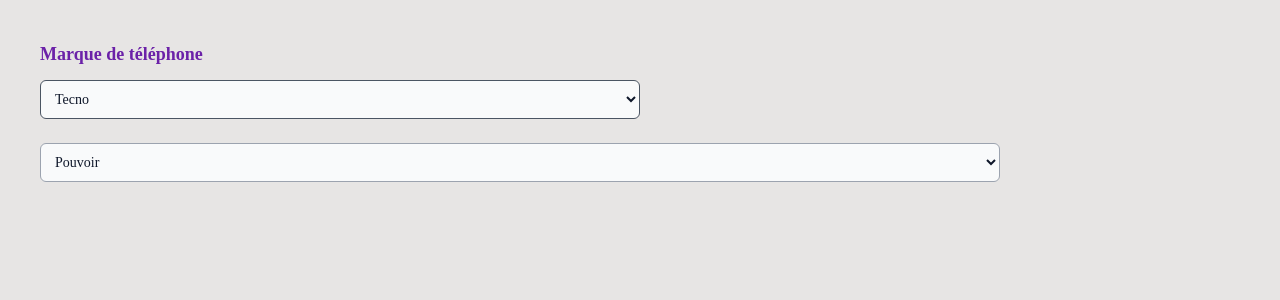
Repository: darlino/gotyu_shopify_section
Page: product_select220223/index.html
An editor plug-in stored every save of this project. The page is shown before and after the next save, followed by the edit.
The browser window is 1280 px wide. The pictures show the whole page.
Some web fonts or font styles are not loaded; a fallback is used. Some web libraries are served in a nearby version.

Above is the page before, as saved 2023-02-22 21:07:51.

### product_select220223/index.html
<!DOCTYPE html>
<html lang="en">
  <head>
    <meta charset="UTF-8" />
    <meta http-equiv="X-UA-Compatible" content="IE=edge" />
    <meta name="viewport" content="width=device-width, initial-scale=1.0" />
    <title>Document</title>
    <script src="https://cdn.tailwindcss.com"></script>
    <link rel="preconnect" href="https://fonts.googleapis.com" />
    <link rel="preconnect" href="https://fonts.gstatic.com" crossorigin />
    <link
      href="https://fonts.googleapis.com/css2?family=Gloock&display=swap"
      rel="stylesheet"
    />
    <link rel="stylesheet" href="style.css" />
  </head>
  <body>
    <section id="product_select220223">
      <div class="flex flex-col max-w-[1300px] bg-stone-200 h-screen mx-auto">
        <div class="flex flex-col w-full space-y-3 mx-auto p-10">
          <div class="flex flex-col space-y-3">
            <p class="text-lg font-bold text-left text-purple-800">
              Marque de téléphone
            </p>
            <select
              name="select_brand"
              id="select_brand"
              onchange="getElementSelectedValue()"
              class="bg-gray-50 w-1/2 border focus:border-2 border-gray-400 text-gray-900 text-sm rounded-md focus:ring-blue-500 focus:border-blue-800 block p-2.5 border-gray-600 placeholder-gray-900 text-slate-900 focus:ring-blue-700 focus:border-blue-700 outline-none"
            >
              <option class="text-md mb-2" value="Tecno">Tecno</option>
              <option class="text-md mb-2" value="Samsung">Samsung</option>
              <option class="text-md mb-2" value="Xiaomi">Xiaomi</option>
              <option class="text-md mb-2" value="Iphone">Iphone</option>
            </select>
          </div>
          <div class="flex flex-col space-y-3">
            <p class="text-lg hidden font-bold text-left text-purple-800">
              Marque de téléphone
            </p>
            <select
              name="select_brand"
              id="select_model"
              class="bg-gray-50 w-4/5 border focus:border-2 border-gray-400 text-gray-900 text-sm rounded-md focus:ring-blue-500 focus:border-blue-800 block p-2.5 placeholder-gray-900 text-slate-900 focus:ring-blue-700 focus:border-blue-700 outline-none"
            ></select>
          </div>
        </div>
      </div>
    </section>
    <script type="text/javascript">
      const option = document.createElement("option");
      const modelValue = document.getElementById("select_model");

      const allModels = [
        [
          { value: "Pouvoir", text: "Pouvoir" },
          { value: "Camon", text: "Camon" },
          { value: "Spark", text: "Spark" },
        ],
        [
          { value: "s7", text: "Samsung galaxy s7" },
          { value: "s6", text: "Samsung galaxy s6" },
          { value: "note 10", text: "Samsung galaxy note 10" },
          { value: "note 9", text: "Samsung galaxy note 9" },
        ],
        [
          { value: "Mi 10", text: "Mi 10" },
          { value: "Mi 11", text: "Mi 11" },
        ],
        [
          { value: "iphone 8", text: "Iphone 8" },
          { value: "iphone 8 plus", text: "Iphone 8 +" },
          { value: "iphone X", text: "Iphone X" },
          { value: "iphone Xs", text: "Iphone Xs" },
          { value: "iphone 11", text: "Iphone 11" },
          { value: "iphone 12 pro", text: "Iphone 12pro" },
        ],
      ];
      for (let index = 0; index < allModels[0].length; index++) {
        modelValue.options[modelValue.options.length] = new Option(
          allModels[0][index].text,
          allModels[0][index].value
        );
      }

      const clearSelect = (modelValue) => {
        while (modelValue.options.length > 0) {
          modelValue.remove(0);
        }
      };

      function getElementSelectedValue() {
        const element = document.getElementById("select_brand").value;
        const brandMatchModel = [
          { brand: "tecno", modelId: 0 },
          { brand: "samsung", modelId: 1 },
          { brand: "xiaomi", modelId: 2 },
          { brand: "iphone", modelId: 3 },
        ];

        const selectedBrandMatchModel = brandMatchModel.filter(
          (bm) => bm.brand.toLocaleLowerCase() === element.toLocaleLowerCase()
        );
        const modelId = selectedBrandMatchModel[0].modelId;

        clearSelect(modelValue);

        for (let index = 0; index < allModels[modelId].length; index++) {
          modelValue.options[modelValue.options.length] = new Option(
            allModels[modelId][index].value,
            allModels[modelId][index].text
          );
        }
        console.log(
          "the selected value is",
          element,
          "the brand macth is ",
          allModels[modelId].length
        );
        // for (let index = 0; index < array.length; index++) {
        //   const element = array[index];
        // }
      }
    </script>
  </body>
</html>

### product_select220223/style.css
* {
  margin: 0;
  padding: 0;
  font-family: "Gloock", serif;
}

#product_select220223 {
  width: 100%;
  height: auto;
}

After the next save:
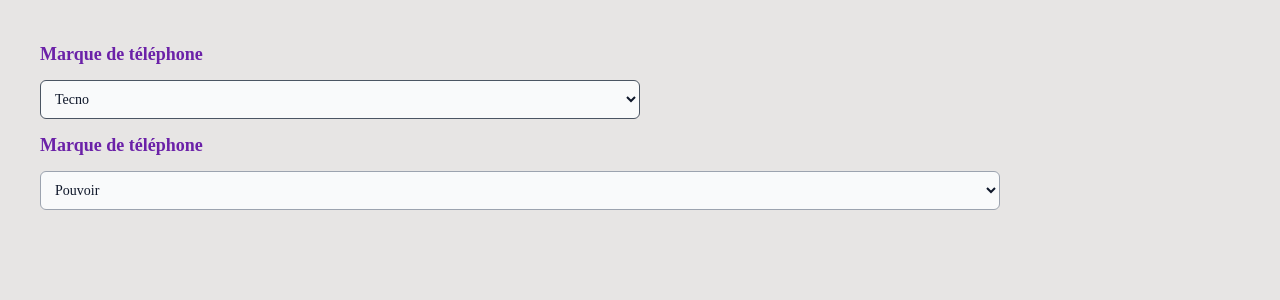
Saved 7 min 10 s later.
--- a/product_select220223/index.html
+++ b/product_select220223/index.html
@@ -35,7 +35,7 @@
             </select>
           </div>
           <div class="flex flex-col space-y-3">
-            <p class="text-lg hidden font-bold text-left text-purple-800">
+            <p class="text-lg font-bold text-left text-purple-800">
               Marque de téléphone
             </p>
             <select
